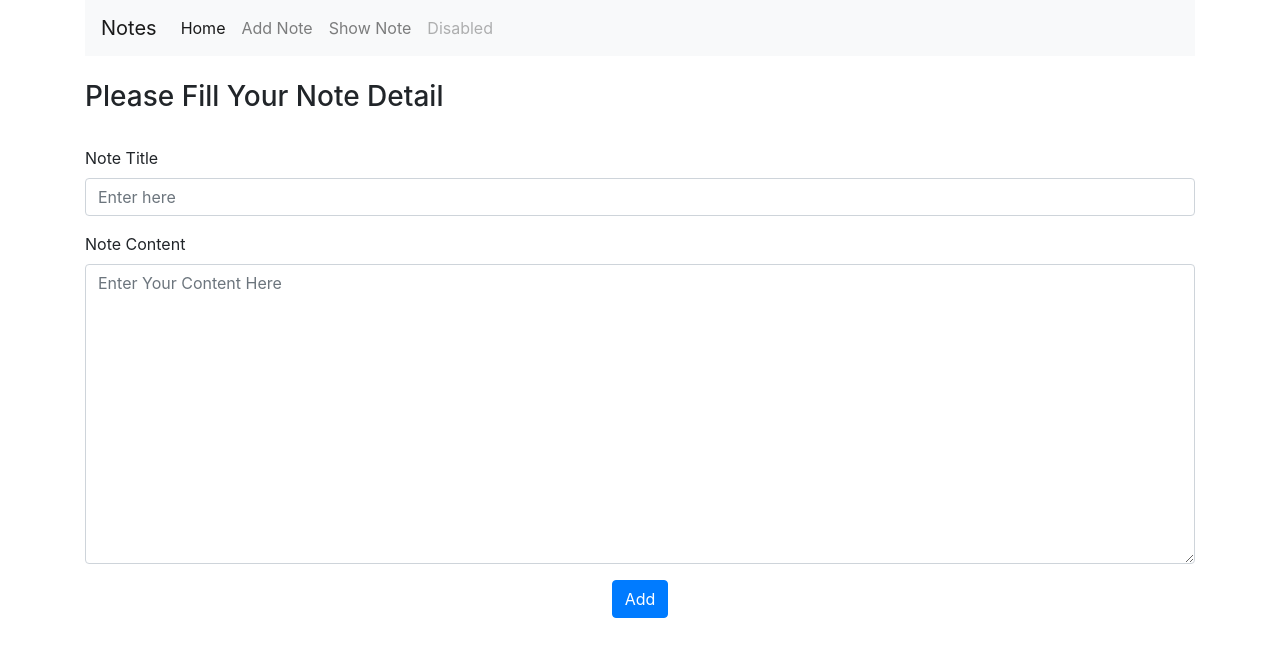
Repository: PratibhaMastud/index.jsp
Page: http://localhost/JavaWebApp/add_notes.jsp
The author's editor kept a copy of each file at every save. The page is drawn from the files as they stood at one save, then again after the next save.
The browser window is 1280 px wide. The pictures show the whole page.
Some web libraries are served in a nearby version. The page is served by Tomcat 9. Other server files are loaded and not shown.

Above is the page before, as saved 2020-06-26 17:51:47.

### JavaWebApp/src/main/webapp/add_notes.jsp
<%@ page language="java" contentType="text/html; charset=ISO-8859-1"
    pageEncoding="ISO-8859-1"%>
<!DOCTYPE html>
<html>
<head>
<meta charset="ISO-8859-1">
<title>ADD NOTES</title>
	<%@include file="allcssbootstrapjsFile.jsp"%>
</head>
<body>
<div class="container">
	<%@include file="navbar.jsp"%><br>
		<h3>Please Fill Your Note Detail</h3></br>

<!--this is add form  -->
<form action="SaveNoteServlet" method="post">

  <div class="form-group">
   	 <label for="title">Note Title</label>
   	 <input
   	 name="title"
     required
     type="text"
     class="form-control"
      id="title"
      aria-describedby="emailHelp"
     placeholder="Enter here" />
  </div>


  <div class="form-group">
    <label for="exampleInputPassword1">Note Content</label>
    <textarea
    	 name="content"
    	 required
    	 id="content"
    	  placeholder="Enter Your Content Here"
    	  class="form-control"
    	  style="height:300px"></textarea>
  </div>
  <div class="container text-center">
  	   <button type="submit" class="btn btn-primary">Add</button>
  </div>
</form>

</div>
</body>
</html>

### JavaWebApp/src/main/webapp/allcssbootstrapjsFile.jsp
  <!-- Bootstrap CSS -->
    <link rel="stylesheet" href="https://maxcdn.bootstrapcdn.com/bootstrap/4.0.0/css/bootstrap.min.css"
     integrity="sha384-Gn5384xqQ1aoWXA+058RXPxPg6fy4IWvTNh0E263XmFcJlSAwiGgFAW/dAiS6JXm" crossorigin="anonymous">
	<link href="css/style.css" rel="stylesheet" />

  <!-- Optional JavaScript -->
    <!-- jQuery first, then Popper.js, then Bootstrap JS -->
    <script src="https://code.jquery.com/jquery-3.2.1.slim.min.js" integrity="sha384-KJ3o2DKtIkvYIK3UENzmM7KCkRr/rE9/Qpg6aAZGJwFDMVNA/GpGFF93hXpG5KkN" crossorigin="anonymous"></script>
    <script src="https://cdnjs.cloudflare.com/ajax/libs/popper.js/1.12.9/umd/popper.min.js" integrity="sha384-ApNbgh9B+Y1QKtv3Rn7W3mgPxhU9K/ScQsAP7hUibX39j7fakFPskvXusvfa0b4Q" crossorigin="anonymous"></script>
    <script src="https://maxcdn.bootstrapcdn.com/bootstrap/4.0.0/js/bootstrap.min.js" integrity="sha384-JZR6Spejh4U02d8jOt6vLEHfe/JQGiRRSQQxSfFWpi1MquVdAyjUar5+76PVCmYl" crossorigin="anonymous"></script>

### JavaWebApp/src/main/webapp/navbar.jsp
<nav class="navbar navbar-expand-lg navbar-light bg-light">
  <a class="navbar-brand" href="#">Notes</a>
  <button class="navbar-toggler" type="button" data-toggle="collapse" data-target="#navbarNav" aria-controls="navbarNav" aria-expanded="false" aria-label="Toggle navigation">
    <span class="navbar-toggler-icon"></span>
  </button>
  <div class="collapse navbar-collapse" id="navbarNav">
    <ul class="navbar-nav">
      <li class="nav-item active">
        <a class="nav-link" href="index.jsp">Home <span class="sr-only">(current)</span></a>
      <li>
      <li class="nav-item">
        <a class="nav-link" href="add_notes.jsp">Add Note</a>
      <li>
      <li class="nav-item">
        <a class="nav-link" href="#">Show Note</a>
      <li>
      <li class="nav-item">
        <a class="nav-link disabled" href="#">Disabled</a>
      <li>
    </ul>
  </div>
</nav>

### JavaWebApp/src/main/webapp/css/style.css
.blue{

	background:#311B92;
}

After the next save:
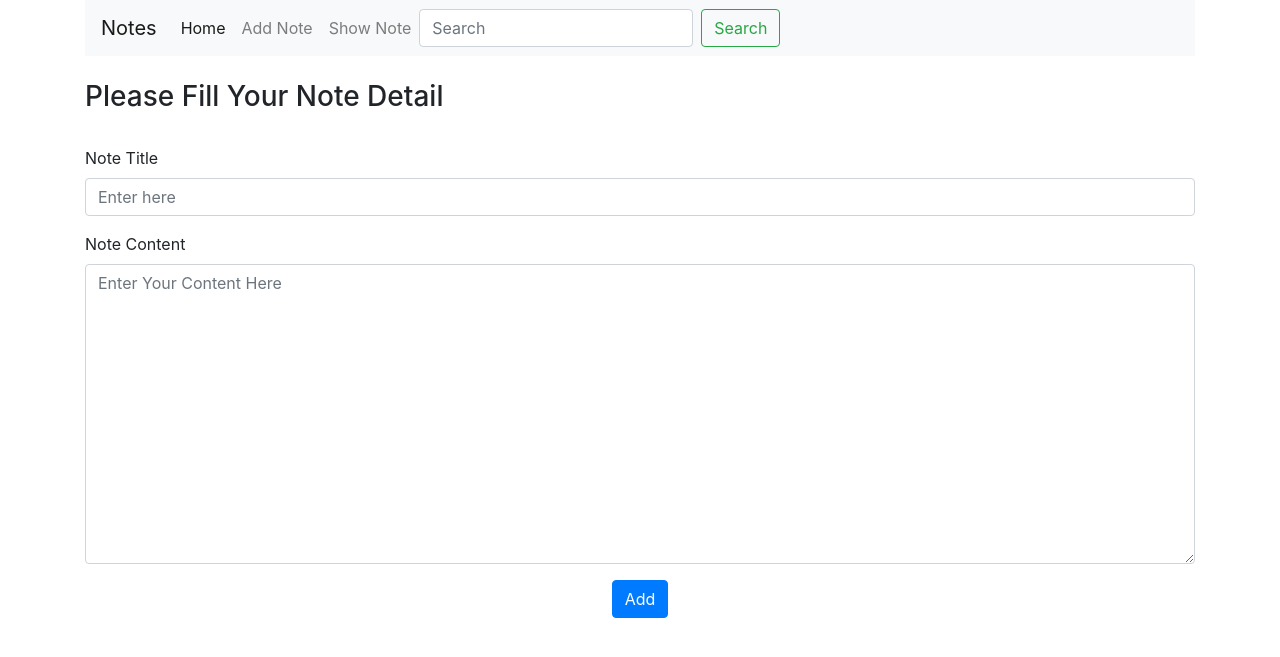
Saved 61 s later.
--- a/JavaWebApp/src/main/webapp/navbar.jsp
+++ b/JavaWebApp/src/main/webapp/navbar.jsp
@@ -14,9 +14,10 @@
       <li class="nav-item">
         <a class="nav-link" href="#">Show Note</a>
       <li>
-      <li class="nav-item">
-        <a class="nav-link disabled" href="#">Disabled</a>
-      <li>
     </ul>
+	<form class="form-inline my-2 my-lg-0">
+      <input class="form-control mr-sm-2" type="search" placeholder="Search" aria-label="Search">
+      <button class="btn btn-outline-success my-2 my-sm-0" type="submit">Search</button>
+    </form>
   </div>
 </nav>
